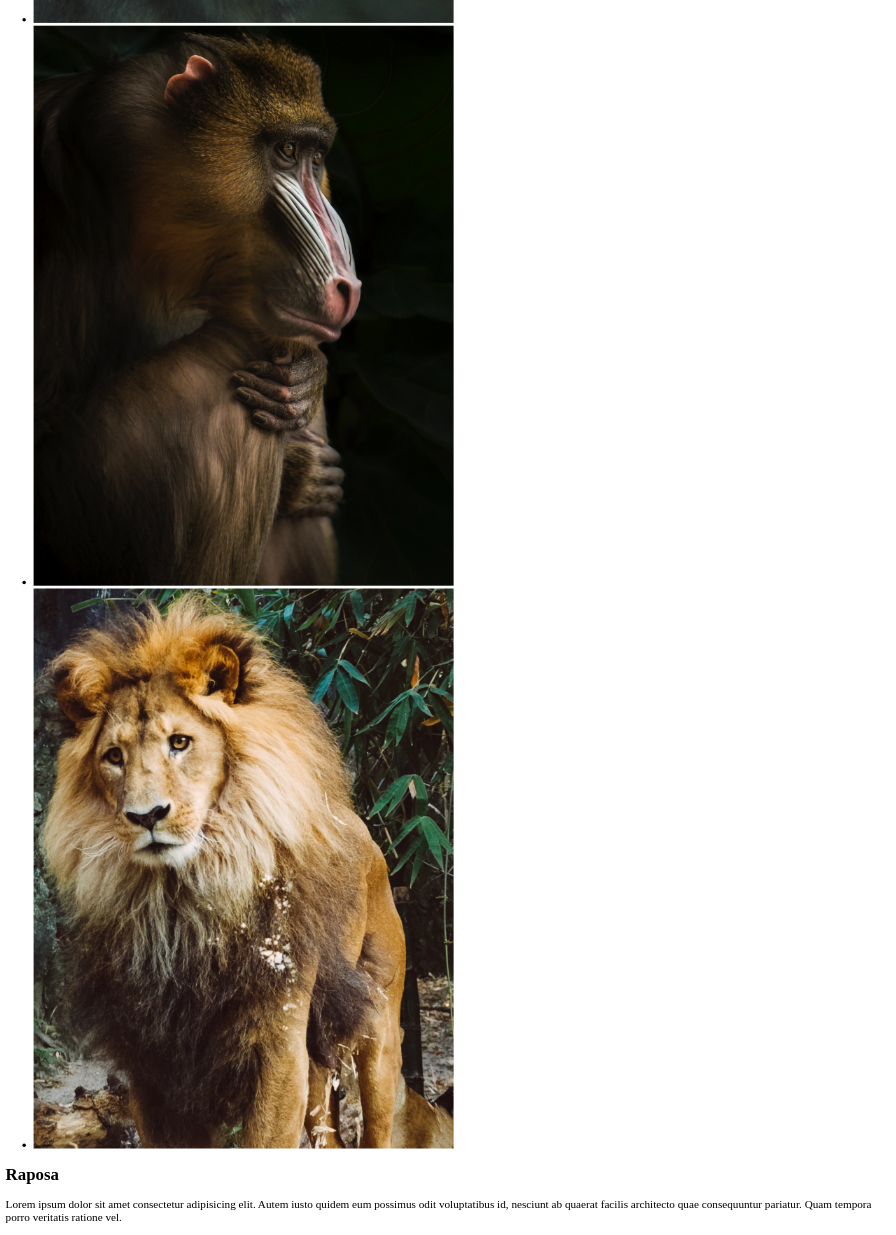
Repository: meiotera/animaisPagina
Page: index.html
These files come from the project's save history. The page is drawn as it stood at one moment and after the next save; the edit follows.
The browser window is 1280 px wide. The pictures show the part of the page from y = 3334 to 5254 px (the page is 5098 px tall before and 5254 px after), at 70% of full size.

Above is the page before, as saved 2025-05-02 09:29:55.

After the next save:
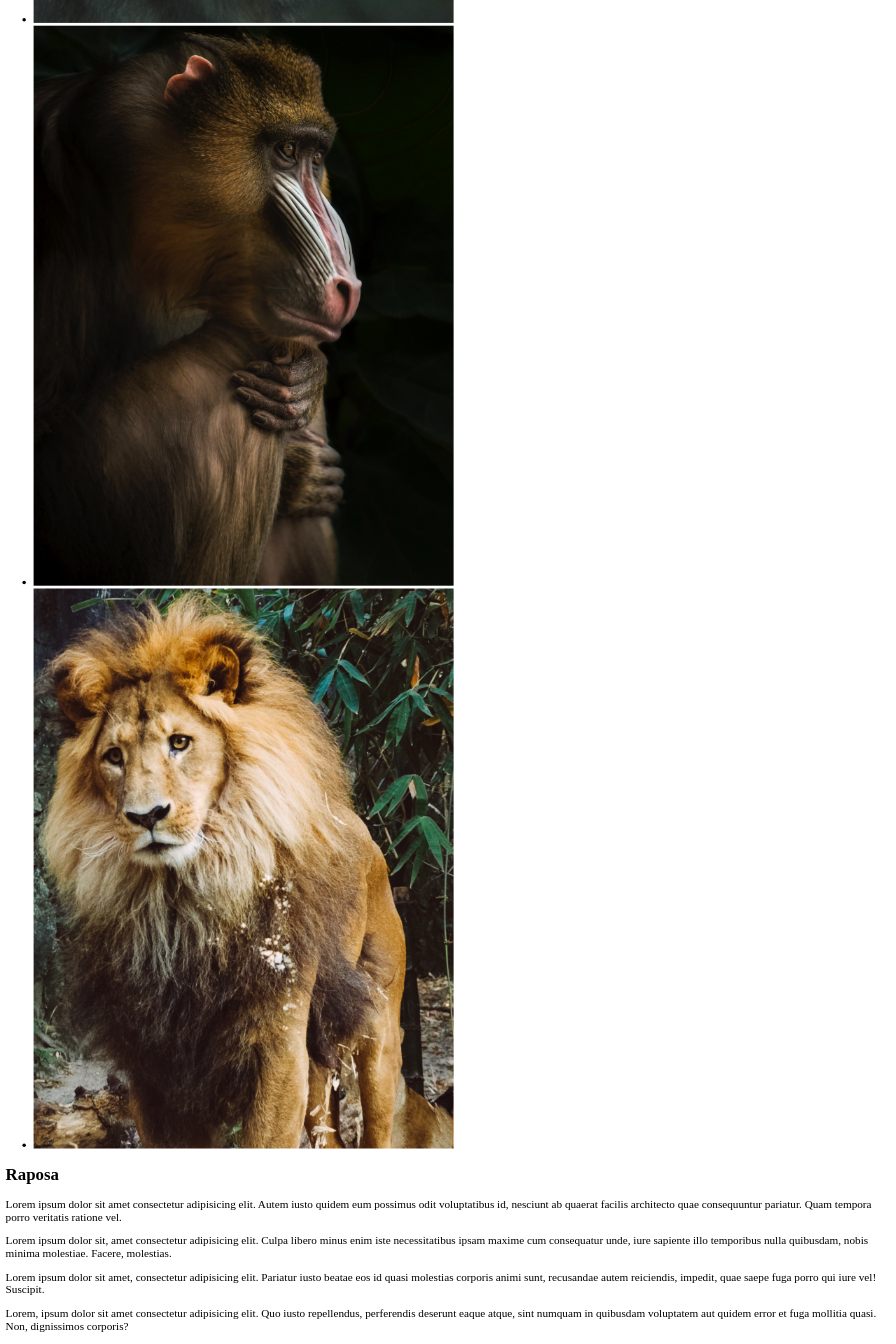
Saved 29 s later.
--- a/index.html
+++ b/index.html
@@ -36,6 +36,9 @@
       <section>
         <h2>Raposa</h2>
         <p>Lorem ipsum dolor sit amet consectetur adipisicing elit. Autem iusto quidem eum possimus odit voluptatibus id, nesciunt ab quaerat facilis architecto quae consequuntur pariatur. Quam tempora porro veritatis ratione vel.</p>
+        <p>Lorem ipsum dolor sit, amet consectetur adipisicing elit. Culpa libero minus enim iste necessitatibus ipsam maxime cum consequatur unde, iure sapiente illo temporibus nulla quibusdam, nobis minima molestiae. Facere, molestias.</p>
+        <p>Lorem ipsum dolor sit amet, consectetur adipisicing elit. Pariatur iusto beatae eos id quasi molestias corporis animi sunt, recusandae autem reiciendis, impedit, quae saepe fuga porro qui iure vel! Suscipit.</p>
+        <p>Lorem, ipsum dolor sit amet consectetur adipisicing elit. Quo iusto repellendus, perferendis deserunt eaque atque, sint numquam in quibusdam voluptatem aut quidem error et fuga mollitia quasi. Non, dignissimos corporis?</p>
       </section>
     </div>
   </section>
